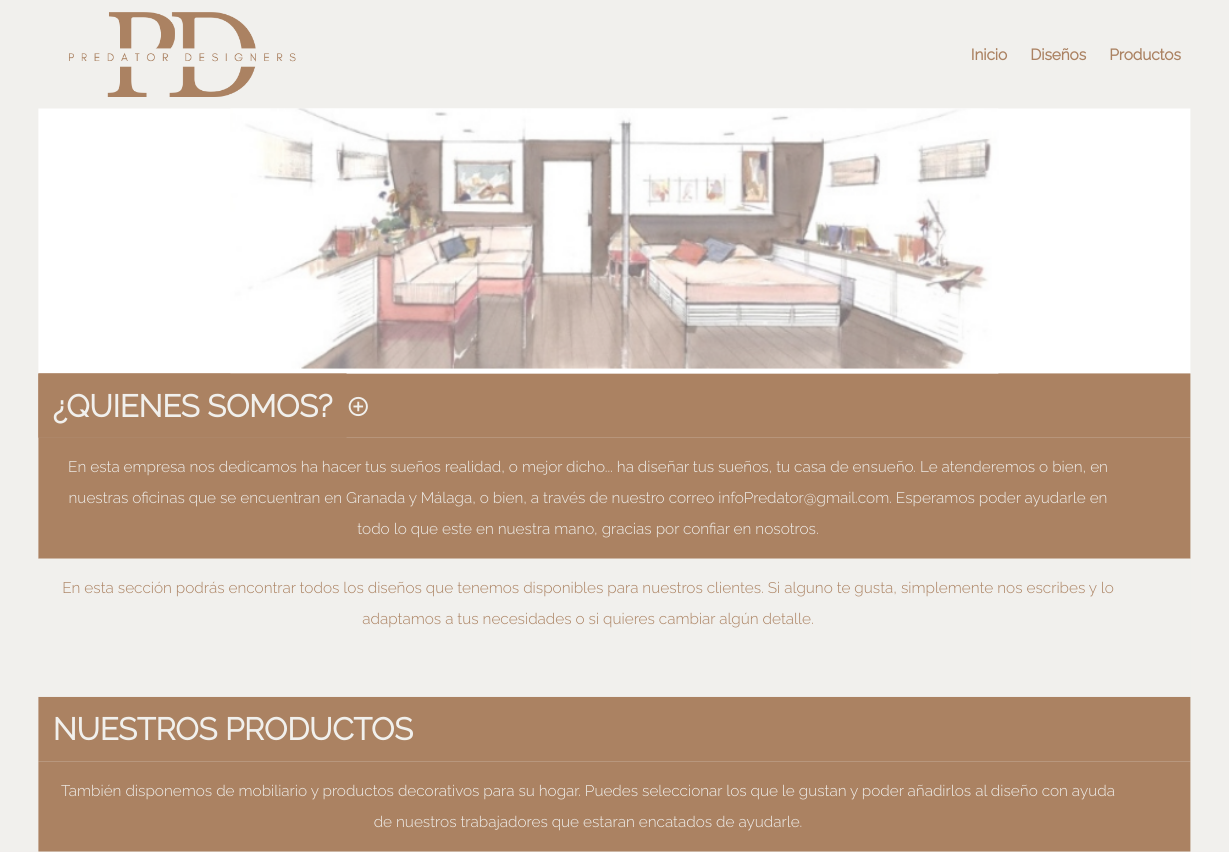
Repository: OmarDvd/proyectoDisenoInterior
Page: index.html
The author's editor kept a record of every edit. The page is drawn from the files as they stood at one moment, then again after the next edit.
The browser window is 1280 px wide. The pictures show the whole page, at 96% of full size.

Above is the page before.

### index.html
<html lang="en">
<head>
    <meta charset="UTF-8">
    <meta name="viewport" content="width=device-width, initial-scale=1.0">
    <title>Eponymous</title>
    <link rel="stylesheet" href="css/estilos.css">
    <link href="https://fonts.googleapis.com/css2?family=Raleway:wght@300&display=swap" rel="stylesheet">
    <link rel="stylesheet" href="https://fonts.googleapis.com/css2?family=Material+Symbols+Outlined:opsz,wght,FILL,GRAD@20..48,100..700,0..1,-50..200" />

    </head>
<body>
    <div class="contenedor">
        <div class="tit-nav">
            <div class="tit">
                <img src="imagenes/DP.png" alt="">
            </div>
            <div class="nav">
                <nav>
                    <a href="index.html">Inicio</a>
                    <a href="#">Diseños</a>
                    <a href="#">Productos</a>
                </nav>
            </div>
        </div>

        <div class="img">
            <img src="imagenes/Captura.PNG" alt="">
        </div>



            <div class="contenido">
                <div class="info">
                    <h1 class="marron" id="h1_marron">¿QUIENES SOMOS?</h1>
                    <span class="material-symbols-outlined">add_circle</span>
                </div>


                <div class="marron">
                    <div class="marron_texto">
                        <p>En esta empresa nos dedicamos ha hacer tus sueños realidad, o mejor dicho... ha diseñar tus sueños, tu casa de ensueño. Le atenderemos o bien, en nuestras oficinas que se encuentran en Granada y Málaga, o bien, a través de nuestro correo infoPredator@gmail.com. Esperamos poder ayudarle en todo lo que este en nuestra mano, gracias por confiar en nosotros.
                        </p>
                    </div>

                </div>

                <div class="info">

                </div>

                <div class="blanco">
                    <div class="blanco_texto">
                        <p>
                            En esta sección podrás encontrar todos los diseños que tenemos disponibles para nuestros clientes. Si alguno te gusta, simplemente nos escribes y lo adaptamos a tus necesidades o si quieres cambiar algún detalle.
                        </p>
                    </div>
                </div>

                <h1 class="marron" id="h1_marron">NUESTROS PRODUCTOS</h1>
                <div class="marron">
                    <div class="marron_texto">
                        <p>También disponemos de mobiliario y productos decorativos para su hogar. Puedes seleccionar los que le gustan y poder añadirlos al diseño con ayuda de nuestros trabajadores que estaran encatados de ayudarle.
                        </p>
                    </div>
                </div>

            </div>


    </div>
    <script src="https://cdn.jsdelivr.net/npm/bootstrap@5.3.2/dist/js/bootstrap.bundle.min.js" integrity="sha384-C6RzsynM9kWDrMNeT87bh95OGNyZPhcTNXj1NW7RuBCsyN/o0jlpcV8Qyq46cDfL" crossorigin="anonymous"></script>

</body>
</html>

### css/estilos.css
*{
    margin: 0;
}

/*BODY*/
body{
    background-color: #F1F0ED;
    font-family: 'Raleway', sans-serif;
}
.contenedor{
    max-width: 1200px;
    margin: 0 auto;
}
/*CABECERA*/
.tit-nav{
    display: flex;
    padding: 10 0;
    justify-content: space-between;
    align-items: center;
}
    /*TITULO CABECERA*/
    .tit{
        color: #AB8262;
        font-size: 22px;
    }

    /*NAVEGACION*/

    .tit img{
        width: 300px;
    }
    .nav a{
        text-decoration: none;
        color: #AB8262;
        padding: 10;
        font-weight: bold;
        font-size: 16px;
    }

    .nav a:hover{
        text-decoration: none;
        color: #AB8262;
        padding: 10;
        font-weight: bold;
        font-size: 16px;
        background-color: white;
        border-radius: 3px;

    }


/*IMAGEN*/
.img{
    background-color: white;
    text-align: center;
}
    .img img{
        width: 800;
    }


    .contenido h1,.contenido p,.contenido a{
        padding: 15;
    }


    /*CONTENIDO*/
    .contenido{
        max-width: 100%;
    }
        .blanco, .marron{
            display: flex;
        }

        .contenido p{
            padding-right: 70;
            line-height: 2;
        }

        .contenido a{
            color: gray;
            line-height: 3;
        }


/*CUADROS DE COLORES*/
        #h1_blanco{
             padding-top: 50;
        }

        .blanco_texto{
            padding-bottom: 50;
        }
        .marron_texto p, #h1_blanco, .blanco_texto p{
            text-align: center;
        }
        .marron{
            background-color: #AB8262;
            color: #F1F0ED;

        }

        .blanco{
            background-color:#F1F0ED;
            color: #AB8262;

        }

        .info{
            display: flex;
            background-color: #AB8262;
        }
        .info_blanca{
            display: flex;
            background-color: #F1F0ED;
        }

        .material-symbols-outlined{
            padding-top: 22px;
            color: #F1F0ED;
        }

        #boton_blanco{
            color: #AB8262;
            background-color: #F1F0ED;
            padding-top: 56px;
        }

        /*DISEÑOS*/
        .img_diseng{
            max-width: 1000px;
        }
        .img_diseng img{
            width: 300px;
            text-align: center;
        }

After the next edit:
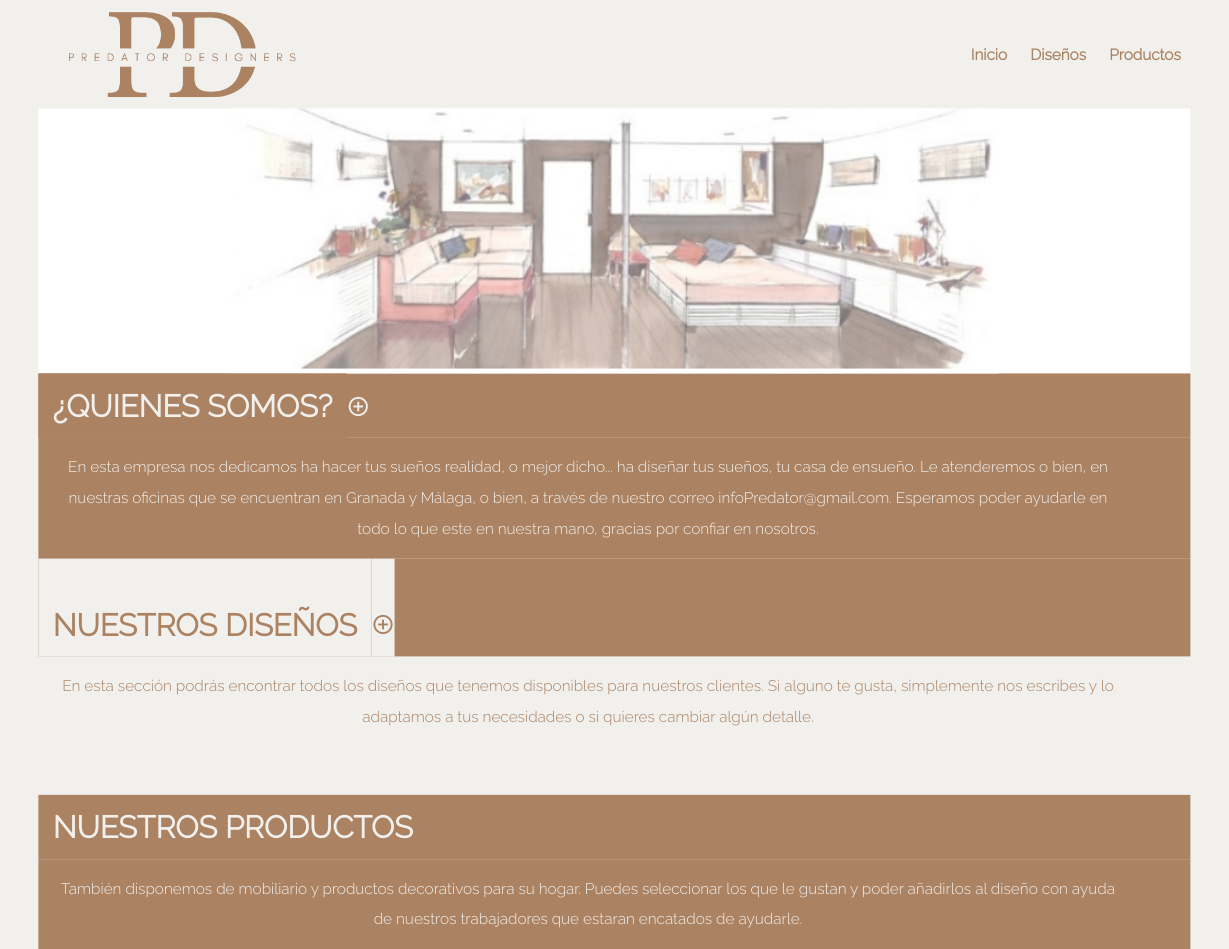
The edit:
--- a/index.html
+++ b/index.html
@@ -45,7 +45,8 @@
                 </div>
 
                 <div class="info">
-
+                    <h1 class="blanco" id="h1_blanco">NUESTROS DISEÑOS</h1>
+                    <span class="material-symbols-outlined" id="boton_blanco">add_circle</span>
                 </div>
 
                 <div class="blanco">
